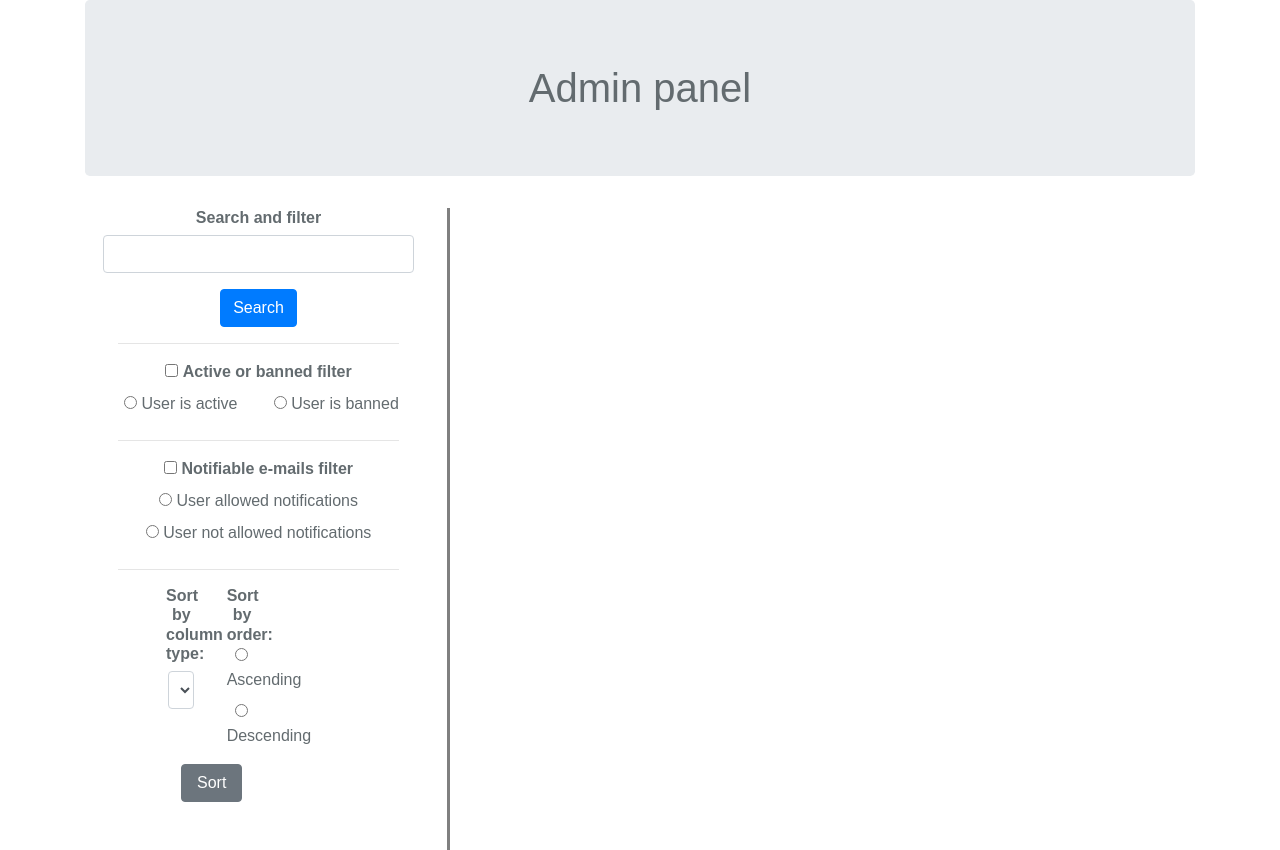
Repository: WOLVGVNG/gameclan
Page: resources/views/admin_panel.blade.php
The author's editor kept a copy of each file at every save. The page is drawn from the files as they stood at one save, then again after the next save.
The browser window is 1280 px wide. The pictures show the whole page.
The page is served by the project's Laravel application, run on PHP 8.4 with Laravel 8. The template is opened directly, without the code that normally fills it, so the values that code supplies are empty.

Above is the page before, as saved 2019-03-20 21:17:38.

After the next save:
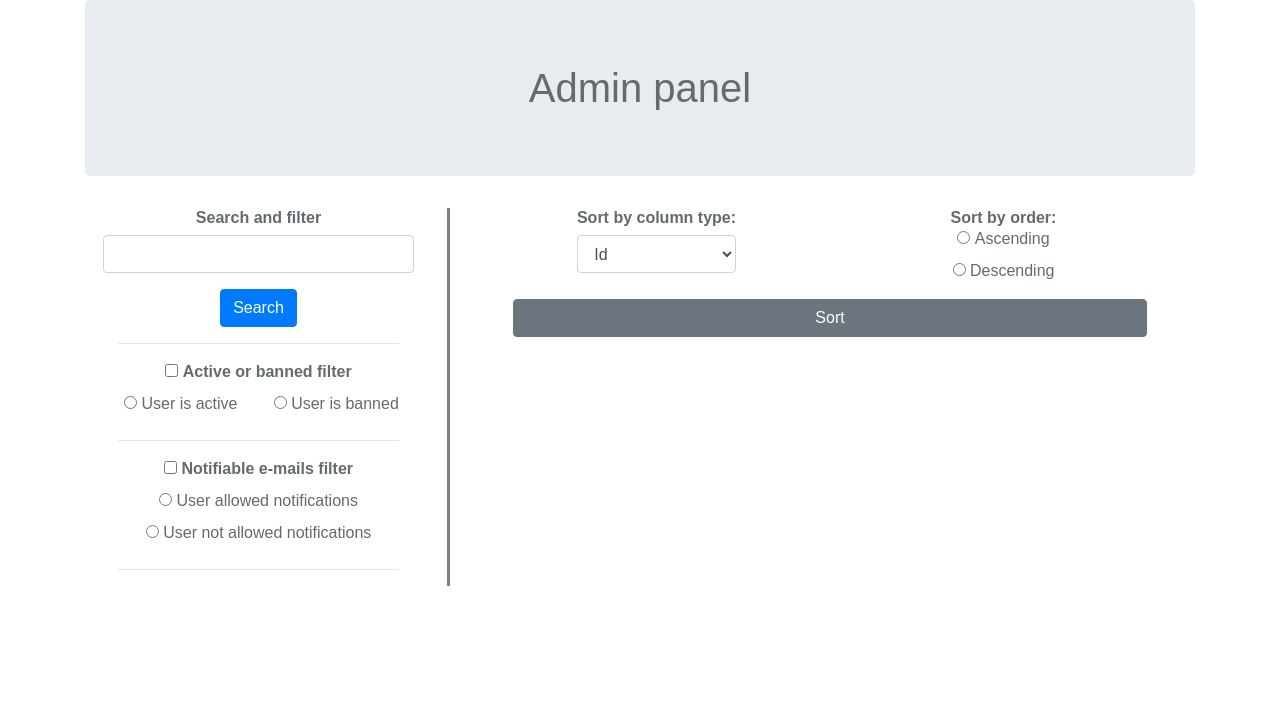
Saved 9 s later.
--- a/resources/views/admin_panel.blade.php
+++ b/resources/views/admin_panel.blade.php
@@ -75,8 +75,8 @@
                         <input type='checkbox' name='filter_emails[]' id='onet' value='onet'>
                         <label for='onet'>Onet</label>
                     </div>
-                </div>
-            </div>--}}
+                </div>--}}
+            </div>
 
             <div class='col-md-8 px-4 px-md-5'>
                 <!-----------------------------SORTOWANIE---------------------------->
